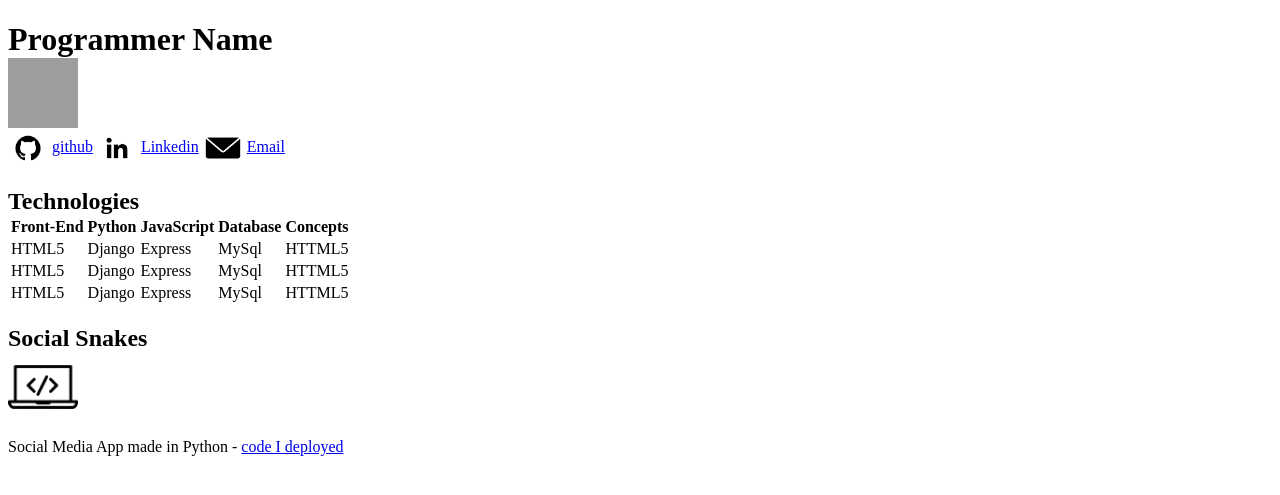
Repository: Fredy452/Fundamentos_de_la_Web
Page: Trabajos/Portafolio/index.html
An editor plug-in stored every save of this project. The page is shown before and after the next save, followed by the edit.
The browser window is 1280 px wide. The pictures show the whole page.
Pictures or frames that could not be fetched are drawn as grey boxes.

Above is the page before, as saved 2023-06-14 21:24:12.

### Trabajos/Portafolio/index.html
<!DOCTYPE html>
<html lang="en">
<head>
    <meta charset="UTF-8">
    <meta name="viewport" content="width=device-width, initial-scale=1.0">
    <title>Portafolio</title>
    <link rel="stylesheet" href="css/style.css">
</head>
<body>
    <h1>Programmer Name</h1>
    <img src="img/21104.png" alt="User imagen" style="width:70px; height: 70px;">
    <!-- Secction links -->
    <section>
        <img src="img/git.png" alt="github logo">
        <a href="https://github.com/Fredy452">github</a>
        <img src="img/linkedin.png" alt="Linkedin logo">
        <a href="#">Linkedin</a>
        <img src="img/email.png" alt="Linkedin logo">
        <a href="#">Email</a>
    </section>

    <!-- Section table -->
    <section>
        <h1>Technologies</h1>
        <table>
            <tr>
                <th>Front-End</th>
                <th>Python</th>
                <th>JavaScript</th>
                <th>Database</th>
                <th>Concepts</th>
            </tr>
            <tr>
                <td>HTML5</td>
                <td>Django</td>
                <td>Express</td>
                <td>MySql</td>
                <td>HTTML5</td>
            </tr>
            <tr>
                <td>HTML5</td>
                <td>Django</td>
                <td>Express</td>
                <td>MySql</td>
                <td>HTTML5</td>
            </tr><tr>
                <td>HTML5</td>
                <td>Django</td>
                <td>Express</td>
                <td>MySql</td>
                <td>HTTML5</td>
            </tr>
        </table>
    </section>

    <!-- Social Snakes -->
    <section>
        <h1>Social Snakes</h1>
        <img src="img/code.png" alt="Image of code" style="width:70px; height: 70px;">
        <p>Social Media App made in Python - <a href="#">code I deployed</a></p>
    </section>

</body>
</html>

### Trabajos/Portafolio/css/style.css
img{
    width: 40px;
    height: 40px;
    display: inline-block;
    vertical-align: middle;
}
h1{
    margin-bottom: 0px;
}

After the next save:
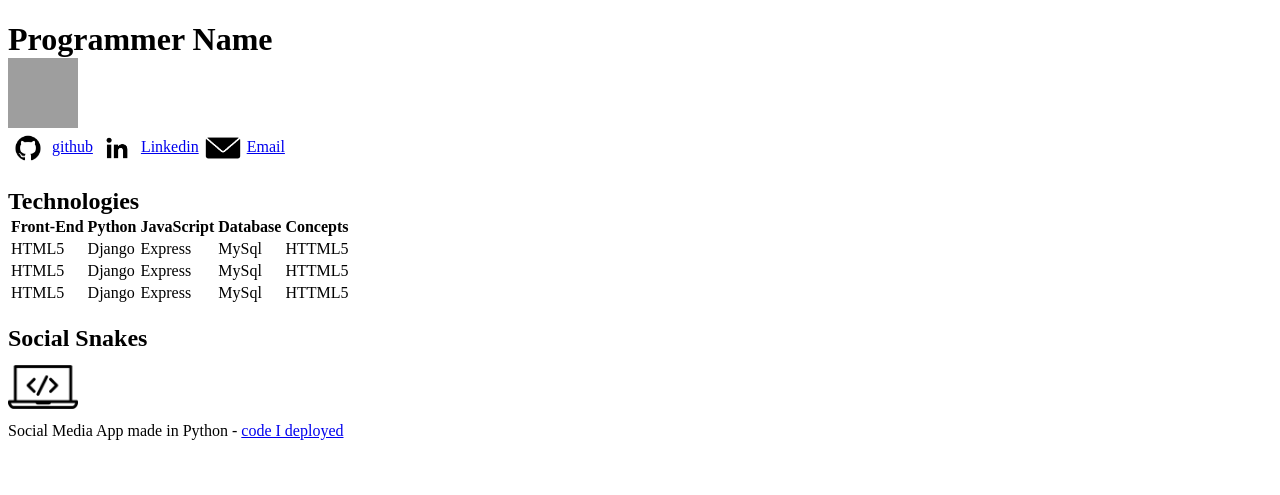
Saved 46 s later.
--- a/Trabajos/Portafolio/css/style.css
+++ b/Trabajos/Portafolio/css/style.css
@@ -7,3 +7,6 @@ img{
 h1{
     margin-bottom: 0px;
 }
+p{
+    margin-top: 0px;
+}
